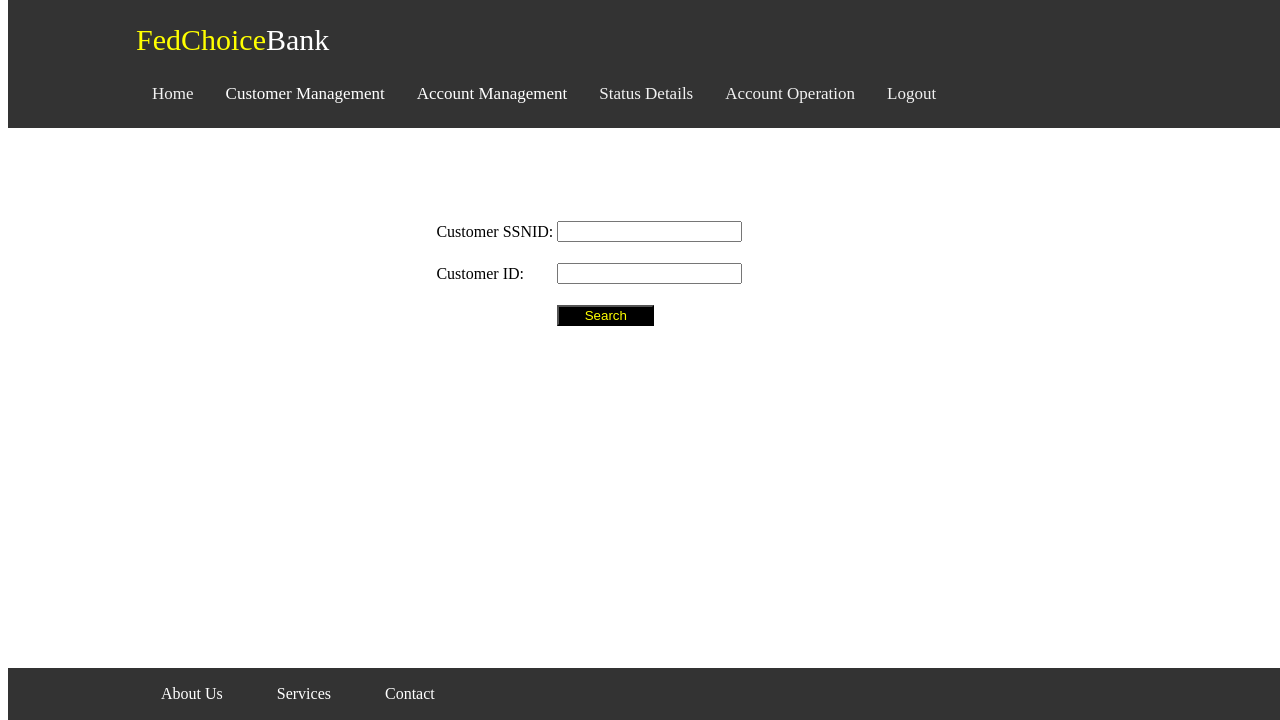
Repository: gopikavinod/RBM
Page: http://localhost/Retail_Bank_Management/deleteCustomer.jsp
These files come from the project's save history. The page is drawn as it stood at one moment and after the next save; the edit follows.
The browser window is 1280 px wide. The pictures show the whole page.
The page is served by Tomcat 9. Other server files are loaded and not shown. The template is opened directly, without the code that normally fills it, so the values that code supplies are empty.

Above is the page before, as saved 2020-06-22 08:01:02.

### eclipse-workspace/Retail Bank Management/WebContent/deleteCustomer.jsp
<%@ page language="java" contentType="text/html; charset=ISO-8859-1"
    pageEncoding="ISO-8859-1"
     import="com.bean.CustomerBean"%>
<!DOCTYPE html>
<html>
<head>
<meta charset="ISO-8859-1">
 <title>FedChoice Bank</title>
<style>
    /* Add some padding on document's body to prevent the content
    to go underneath the header and footer */
    body{
        padding-top: 60px;
        padding-bottom: 40px;
    }
    .container{
        width: 80%;
        margin: 0 auto; /* Center the DIV horizontally */
    }
    .fixed-header, .fixed-footer{
        width: 100%;
        position: fixed;
        background: #333;
        padding: 10px 0;
        color: #fff;
    }
    .fixed-header{
        top: 0;
    }
    .fixed-footer{
        bottom: 0;
    }
    /* Some more styles to beutify this example */
    nav a{
        color: #fff;
        text-decoration: none;
        padding: 7px 25px;
        display: inline-block;
    }
    .container p{
        line-height: 200px; /* Create scrollbar to test positioning */
    }
    p.detail
    {
    color:yellow;
    line-height: 0px;
    font-size: 30px
    }
    span.name{
    	color:white;
    	 font-size: 30px
    }
    tr
    {
    height: 40px;
    }
    span.aestric
    {
    color: red;
    }
    .topnav {
  overflow: hidden;
  background-color: #333;
}

.topnav a {
  float: left;
  display: block;
  color: #f2f2f2;
  text-align: center;
  padding: 14px 16px;
  text-decoration: none;
  font-size: 17px;
}
    .dropdown {
  float: left;
  overflow: hidden;
}
.dropdown .dropbtn {
  font-size: 17px;
  border: none;
  outline: none;
  color: white;
  padding: 14px 16px;
  background-color: inherit;
  font-family: inherit;
  margin: 0;
}

.dropdown-content {
  display: none;
  position: absolute;
  background-color: #f9f9f9;
  min-width: 160px;
  box-shadow: 0px 8px 16px 0px rgba(0,0,0,0.2);
  z-index: 1;
}

.dropdown-content a {
  float: none;
  color: black;
  padding: 12px 16px;
  text-decoration: none;
  display: block;
  text-align: left;
}

.topnav a:hover, .dropdown:hover .dropbtn {
  background-color: #555;
  color: white;
}

.dropdown-content a:hover {
  background-color: #ddd;
  color: black;
}

.dropdown:hover .dropdown-content {
  display: block;
}

</style>


</head>
 <div class="fixed-header">
        <div class="container">
            <nav>
          <p class="detail">FedChoice<span class="name">Bank</span></p>
          <div class="topnav" id="myTopnav">
                <a href="#">Home</a>
                <div class="dropdown">
    <button class="dropbtn">Customer Management
      <i class="fa fa-caret-down"></i>
    </button>
    <div class="dropdown-content">
      <a href="/Retail_Bank_Management/userLogged.jsp">Create Customer</a>
      <a href="/Retail_Bank_Management/updateCustomer.jsp">Update Customer</a>
      <a href="/Retail_Bank_Management/deleteCustomer.jsp">Delete Customer</a>
      <a href="#">View Customer Details</a>
    </div>
    </div>

   <div class="dropdown">
    <button class="dropbtn">Account Management
      <i class="fa fa-caret-down"></i>
    </button>
    <div class="dropdown-content">
      <a href="#">Add Account</a>
      <a href="#">Update Account</a>
      <a href="#">Delete Account</a>
      <a href="#">View Account Details</a>
    </div>
    </div>


                <a href="#">Status Details</a>
                <a href="#">Account Operation</a>
                <a href="#">Logout</a>
            </nav>
        </div>
    </div>
    <div class="container">
    <p>
     <h2>DELETE CUSTOMER</h2>
    <div id="searchdiv1" ${param.searchButton == 'Search'?'hidden':''}>
    	<form action="DeleteCustomerServlet" name="deleteCustomer"  method="post" style="margin-top: 95px;
    margin-left: 299px;" >

    <table>
   <tr >
<td>Customer SSNID:</td>
<td><input type="text" id="cssnid" name="customerssnid" value="" > </td>
</tr>
<tr >
<td>Customer ID:</td>
<td><input type="text" id="custid" name="customerid" value=""> </td>
</tr>
<tr colspan="2" >
<td></td>
<td><input type="submit" name="searchButton" value="Search" style="background-color: black;color: yellow ;width:97px"></td>
</tr>






</table>

    	</form>
    	</div>
 <div id= "serchdiv2"  ${param.searchButton == 'Search'?'':'hidden'}>
<form  action="DeleteCustomerServlet" name="deleteCustomer"  method="post"   style="margin-top: 95px;
    margin-left: 299px;">
    <%Object name=request.getAttribute("name");
    Object address=request.getAttribute("address");
    Object age=request.getAttribute("age");
    Object ssn=request.getAttribute("ssn");
    Object custid=request.getAttribute("custid");

    %>


    	<table>
    	<tr >
<td>Customer SSNID:</td>
<td><input type="text" id="cssnid" name="customerssnid" value="<%=ssn %>" readonly="readonly"> </td>
</tr>
<tr >
<td>Customer ID:</td>
<td><input type="text" id="custid" name="customerid" value="<%=custid %>" readonly="readonly"> </td>
</tr>
    	<tr>
<td>Customer Name:</td>
<td><input type="text" id="cname" name="customername"   value="<%=name %>" readonly="readonly" > </td>
</tr>

<td>Address:</td>
<td> <input type="text" id="oaddress" name="customeroaddress" value="<%=address %>"  readonly="readonly"></td>
</tr>
<td>Age:</td>
<td> <input type="text" id="oage" name="customeroage" value = "<%=age %>" readonly="readonly"></td>
</tr>

<tr colspan="2" >
<td><input type="submit"  name="deleteButton" value="Delete" style="background-color: black;color: yellow ;width:97px"></td>
<td><input type="button"  name="cancelButton" value="Cancel" style="background-color: black;color: yellow ;width:97px"></td>
</tr>
    	</table>

    	</form>
    	</div>
    	</p>
    	    </div>
    <div class="fixed-footer">
        <div class="container">
        <nav>

                <a href="#">About Us</a>
                <a href="#">Services</a>
                <a href="#">Contact</a>
        </nav>
        </div>
    </div>
</body>
</html>

After the next save:
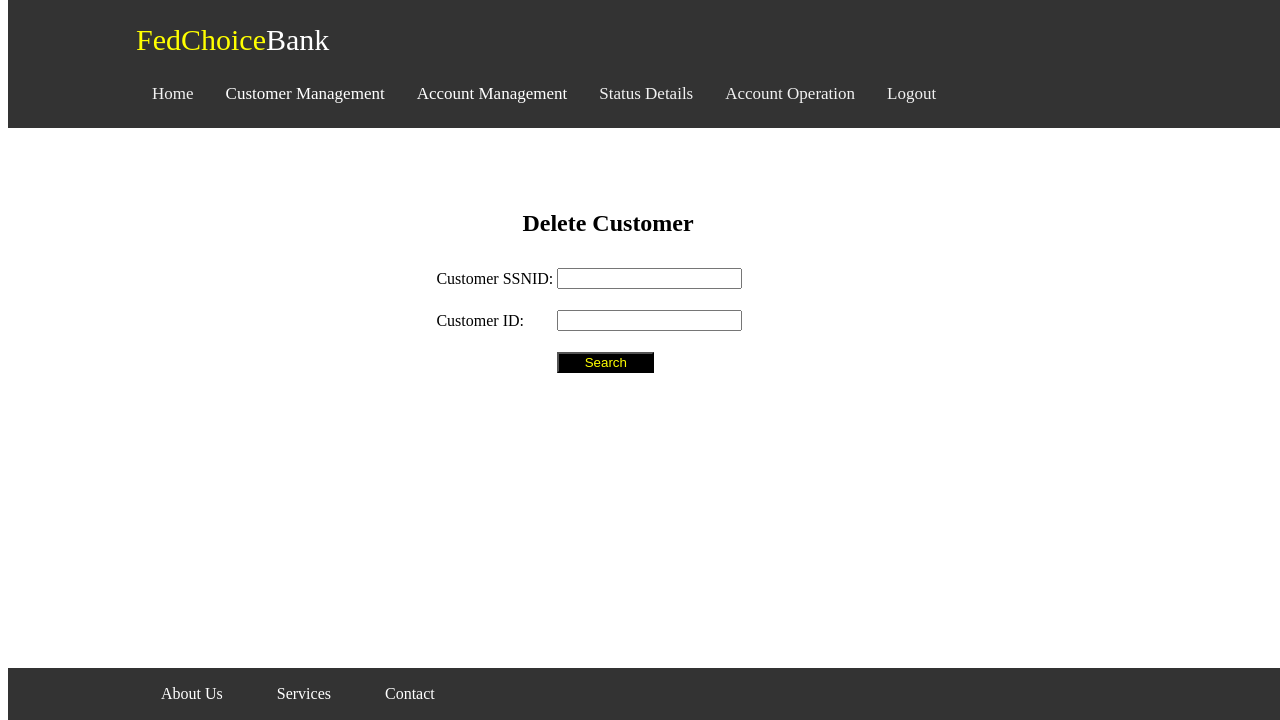
Saved 39 s later.
--- a/eclipse-workspace/Retail Bank Management/WebContent/deleteCustomer.jsp
+++ b/eclipse-workspace/Retail Bank Management/WebContent/deleteCustomer.jsp
@@ -166,7 +166,7 @@
     <div id="searchdiv1" ${param.searchButton == 'Search'?'hidden':''}>
     	<form action="DeleteCustomerServlet" name="deleteCustomer"  method="post" style="margin-top: 95px;
     margin-left: 299px;" >
-
+    <h2 style="margin-left: 89px;">Delete Customer</h2>
     <table>
    <tr >
 <td>Customer SSNID:</td>
@@ -201,7 +201,7 @@
 
     %>
 
-
+    <h2 style="margin-left: 89px;">Delete Customer</h2>
     	<table>
     	<tr >
 <td>Customer SSNID:</td>
